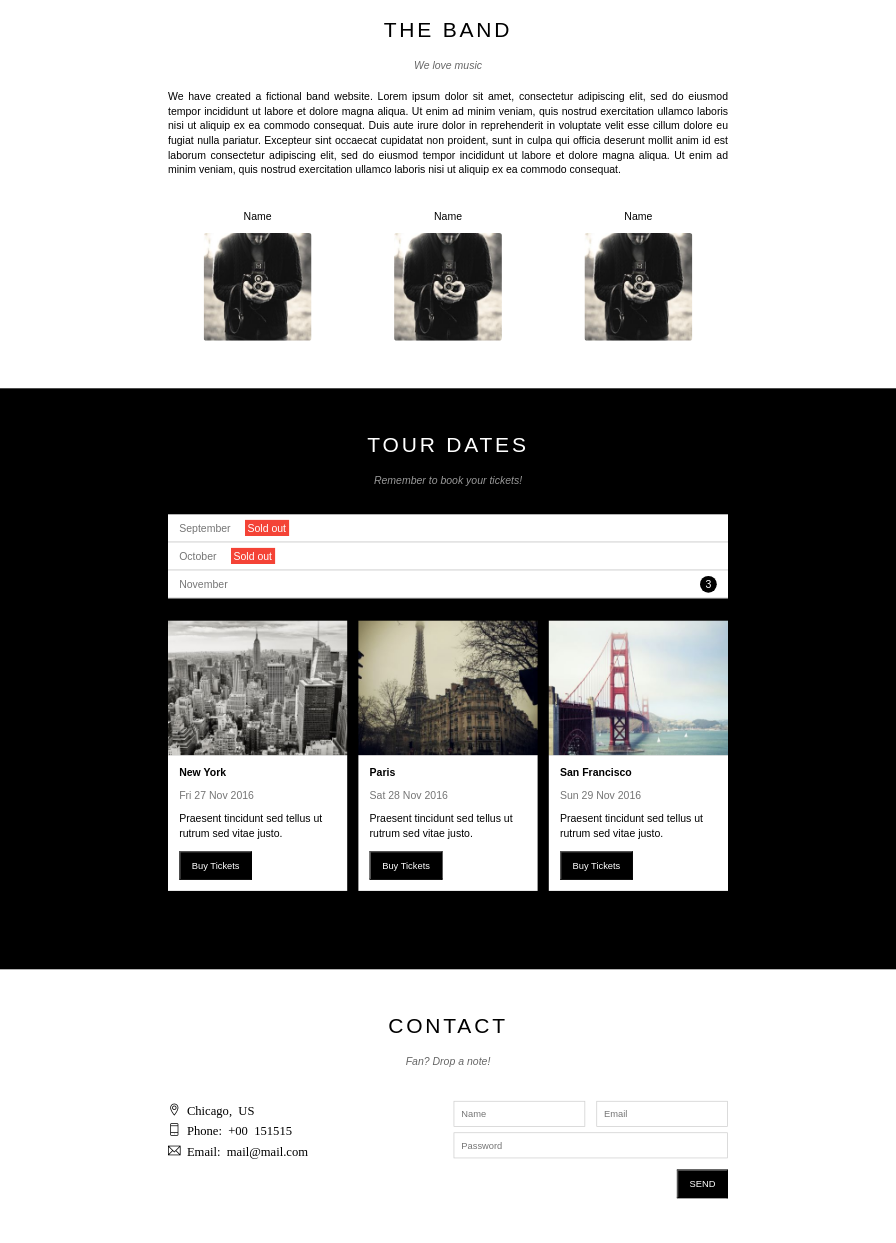
Repository: duyhung0311/band_music
Page: index.html
An editor plug-in stored every save of this project. The page is shown before and after the next save, followed by the edit.
The browser window is 1280 px wide. The pictures show the part of the page from y = 724 to 2644 px (the page is 2500 px tall before and 2644 px after), at 70% of full size.

Above is the page before, as saved 2021-08-15 13:16:10.

After the next save:
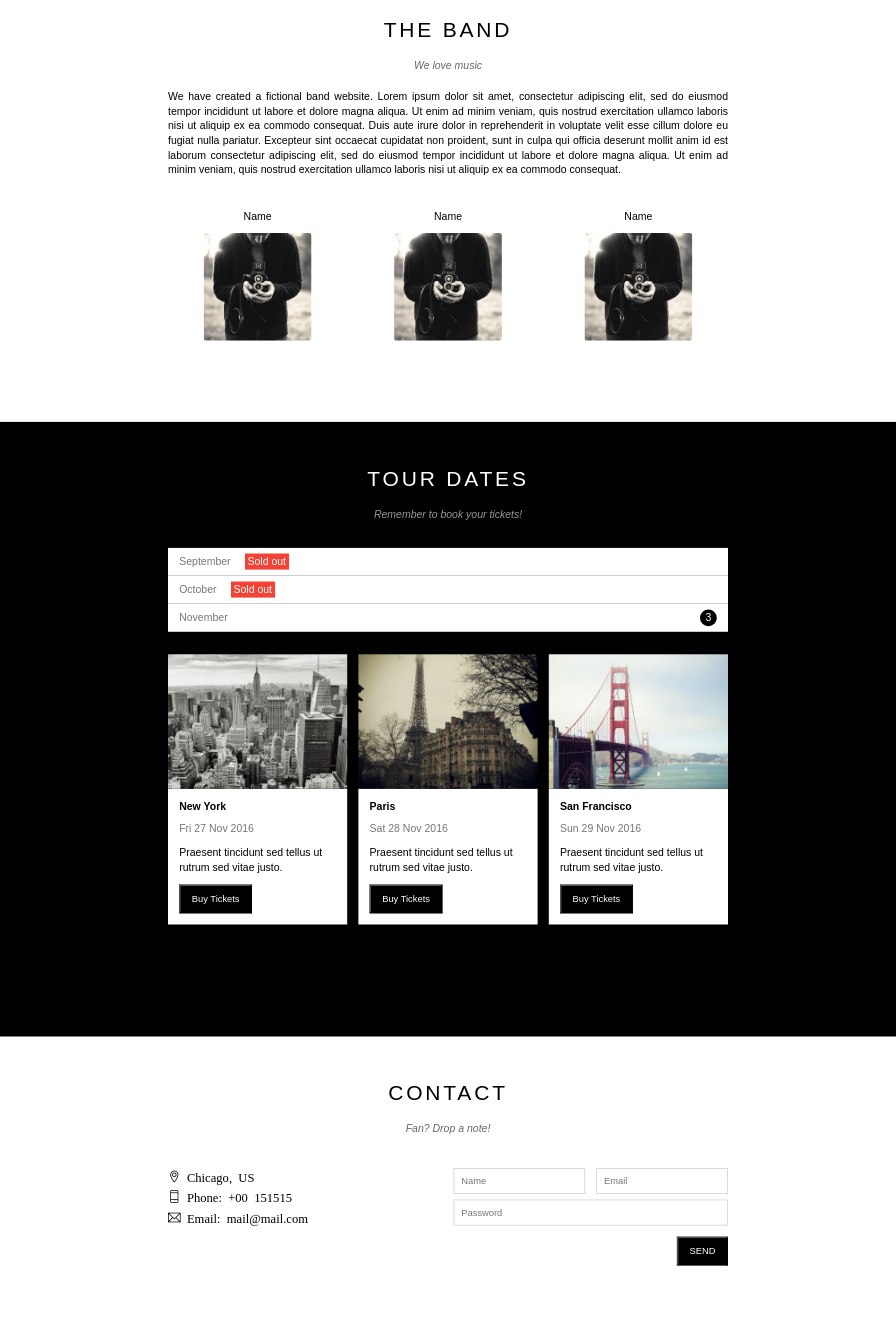
Saved 52 s later.
--- a/assets/css/style.css
+++ b/assets/css/style.css
@@ -172,7 +172,7 @@
 #content .content-section{
     width: 800px;
     margin: 0 auto;
-    padding: 64px 0;
+    padding: 64px 0 112px;
 }
 
 #content .section-heading {
